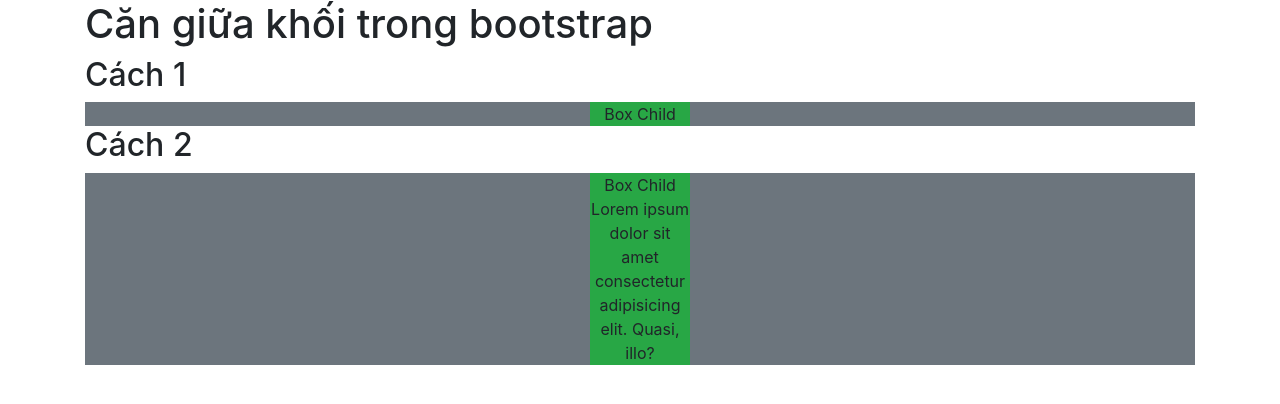
Repository: anhtu2110/front_end
Page: lesson/bootstrap/box/4.6-box-center.html
The author's editor kept a copy of each file at every save. The page is drawn from the files as they stood at one save, then again after the next save.
The browser window is 1280 px wide. The pictures show the whole page.

Above is the page before, as saved 2022-12-02 09:38:16.

After the next save:
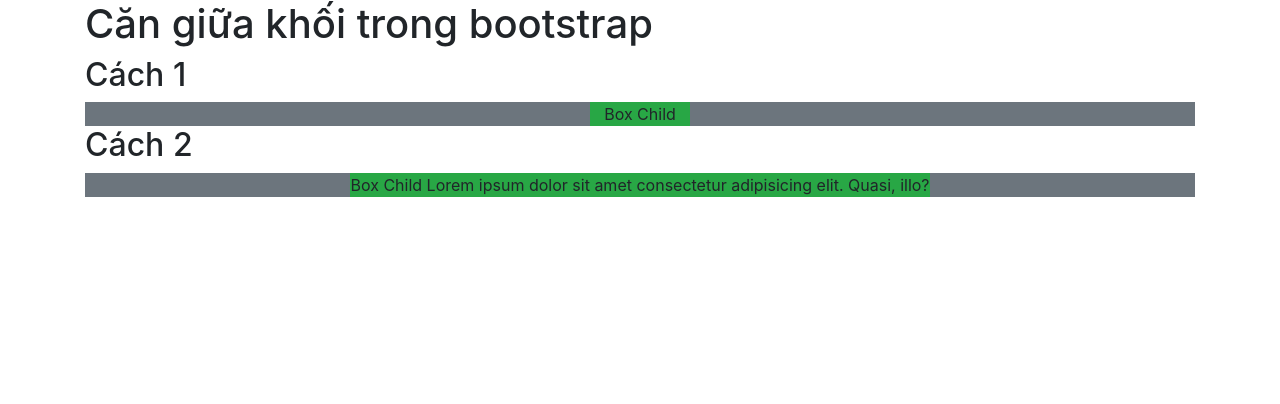
Saved 35 s later.
--- a/lesson/bootstrap/box/4.6-box-center.html
+++ b/lesson/bootstrap/box/4.6-box-center.html
@@ -9,7 +9,7 @@
   </head>
   <body>
     <style>
-      .box-child {
+      .type-1 .box-child {
         width: 100px;
       }
     </style>
